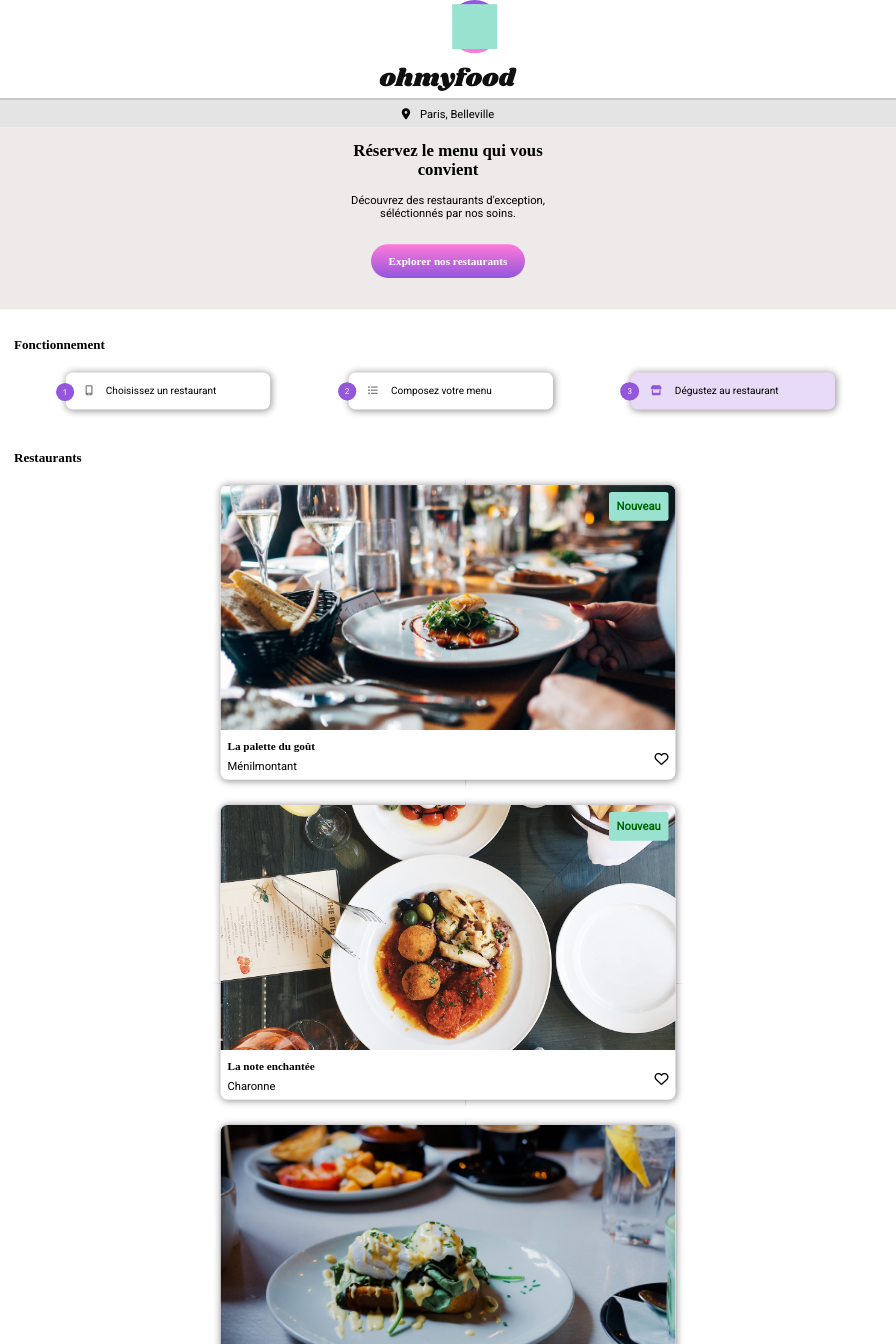
Repository: Micka-17/boimickael_3_16042021
Page: index.html
These files come from the project's save history. The page is drawn as it stood at one moment and after the next save; the edit follows.
The browser window is 1280 px wide. The pictures show the part of the page from y = 0 to 1920 px (the page is 2694 px tall before and 2618 px after), at 70% of full size.
Some web fonts or font styles are not loaded; a fallback is used. Some web libraries are served in a nearby version. The style sheet was rebuilt from its Sass, Less or Tailwind sources for each picture, by a compiler version that may differ from the author's.

Above is the page before, as saved 2021-05-26 10:52:53.

### index.html
<!DOCTYPE html>
<html lang="en">
  <head>
    <meta charset="UTF-8" />
    <meta http-equiv="X-UA-Compatible" content="IE=edge" />
    <meta name="viewport" content="width=device-width, initial-scale=1.0" />
    <link rel="stylesheet" href="css/style.css" />
    <script
      src="https://kit.fontawesome.com/7f2b024bdc.js"
      crossorigin="anonymous"
    ></script>
    <title>OhMyFood</title>
  </head>
  <body>
    <div id="loader">
      <div id="backgroundloader"></div>
    </div>
    <header>
      <div id="logo">
        <img src="images/logo/ohmyfood@2x.svg" alt="OhMyFood" />
      </div>
    </header>
    <section id="sec-1">
      <div id="top">
        <div id="paris">
          <p><i class="fas fa-map-marker-alt icon"></i> Paris, Belleville</p>
        </div>
        <div id="reservation">
          <h2 id="center-top1">Réservez le menu qui vous convient</h2>
          <p id="center-top2">
            Découvrez des restaurants d'exception, séléctionnés par nos soins.
          </p>
          <a id="btn" href="#sec-3">Explorer nos restaurants</a>
        </div>
      </div>
    </section>
    <section id="sec-2">
      <div class="fonctionnement">
        <h3 class="h3s">Fonctionnement</h3>
        <ul class="bolder">
          <li>
            <i class="fas fa-mobile-alt icon-top"></i> Choisissez un restaurant
            <p id="number1">1</p>
          </li>
          <li>
            <i class="fas fa-list-ul icon-top"></i> Composez votre menu
            <p id="number2">2</p>
          </li>
          <li id="li-3">
            <i class="fas fa-store icon-top-purple"></i> Dégustez au restaurant
            <p id="number3">3</p>
          </li>
        </ul>
      </div>
    </section>
    <section id="sec-3">
      <h3 class="h3s">Restaurants</h3>
      <div class="choice">
        <a href="pages/la_palette_du_gout.html">
          <div class="card">
            <p class="nouveau">Nouveau</p>
            <img
              id="new"
              class="imga"
              src="images/restaurants/la_palette_du_gout.jpg"
              alt="la_palette_du_gout"
            />
            <div class="resto">
              <div>
                <h4>La palette du goût</h4>
                <p class="space">Ménilmontant</p>
              </div>
              <div class="loveclcik">
                <i class="far fa-heart love fa-lg"></i>
                <i class="fas fa-heart loves3"></i>
              </div>
            </div>
          </div>
        </a>
        <a href="pages/la_note_enchantee.html">
          <div class="card">
            <p class="nouveau">Nouveau</p>
            <img
              class="imga"
              src="images/restaurants/la_note_enchantee.jpg"
              alt="la_note_enchantee"
            />
            <div class="resto">
              <div>
                <h4>La note enchantée</h4>
                <p class="space">Charonne</p>
              </div>
              <div class="loveclcik">
                <i class="far fa-heart love fa-lg"></i>
                <i class="fas fa-heart loves3"></i>
              </div>
            </div>
          </div>
        </a>
        <a href="pages/a_la_francaise.html">
          <div class="card">
            <img
              class="imga"
              src="images/restaurants/a_la_française.jpg"
              alt="a_la_française"
            />
            <div class="resto">
              <div>
                <h4>A la française</h4>
                <p class="space">Cité Rouge</p>
              </div>
              <div class="loveclcik">
                <i class="far fa-heart love fa-lg"></i>
                <i class="fas fa-heart loves3"></i>
              </div>
            </div>
          </div>
        </a>
        <a href="pages/le_delice_des_sens.html">
          <div class="card">
            <img
              class="imga"
              src="images/restaurants/le_delice_des_sens.jpg"
              alt="le_delice_des_sens"
            />
            <div class="resto">
              <div>
                <h4>Le delice des sens</h4>
                <p class="space">Folie-Méricourt</p>
              </div>
              <div class="loveclcik">
                <i class="far fa-heart love fa-lg"></i>
                <i class="fas fa-heart loves3"></i>
              </div>
            </div>
          </div>
        </a>
      </div>
    </section>
    <section class="end">
      <footer>
        <div>
          <h3 id="logo-white">ohmyfood</h3>
          <div class="end-ul">
            <p>
              <i class="fas fa-utensils icon-footer"></i> Proposer un restaurant
            </p>
            <p>
              <i class="fas fa-hands-helping icon-footer"></i> Devenir
              partenaire
            </p>
            <p>Mentions légales</p>
            <a id="contact" href="mailto:contact@ohmyfood.com"
              ><p>Contact</p></a
            >
          </div>
        </div>
      </footer>
    </section>
  </body>
</html>

### sass/directories/Utils/_variables-mixin.scss
$color1: #9356DC;
$color2: #FF79DA;
$color3: #99E2D0;

@mixin centre {
    display: flex;
    justify-content: space-between;
}

@mixin capsule {
    background-color: whitesmoke;
    border-radius: 10px;
    box-shadow: 1px 1px 10px 1px rgb(226, 226, 226);
    margin: 10px;
    overflow: hidden;
}
 @mixin spacediv {
    min-height: 35px;
    display: flex;
    flex-direction: column;
    justify-content: space-between;
    padding: 8px;
 }
@mixin btn {
    background: linear-gradient($color2, $color1);
    border-radius: 50px;
    border: none;
    box-shadow: gray;
    color: white;
    font-weight: bold;
    max-width: 200px;
    min-width: 200px;
    margin-top: 15px;
    padding: 15px 10px;
    text-align: center;
    text-decoration: none
}

@keyframes fadein {
    from {
        transform: scaleX(0);
    }

    to {
        transform: scaleX(1);
    }
}

@keyframes fadeout {
    from {
        transform: scaleY(0);
    }

    to {
        transform: scaleY(1);
    }
}
@keyframes fadeout2 {
    from {
        transform: scale(0);
    }

    to {
        transform: scale(1.5);
    }
}

@keyframes spin {
    from {
        transform: rotate(0deg);
    } to {
        transform: rotate(360deg);
    }
}

@keyframes slideup {
    from {
        transform: translateY(50px);
        opacity: 0;
    }
    to {
        transform: translateY(0px);
        opacity: 1;
    }
}


 @keyframes dual-ring {
    0% {
      transform: rotate(0deg);
      opacity: 100%;
    }
    50% {
        transform: rotate(180deg);
        opacity: 10%;
      }
    100% {
      transform: rotate(360deg);
      opacity: 100%;
    }
  }

@keyframes loader {
    0% {
    opacity: 100%;
    }
    99% {
        opacity: 100%;
    }
    100% {
        opacity: 100%;
    }
}

@keyframes loader2 {
    0% {
    opacity: 100%;
    z-index: 9999;
    }
    99% {
        opacity: 0;
        z-index: -1000;
    }
    100% {
        opacity: 0;
        z-index: -1000;
    }
}

### sass/directories/Base/main.scss
@import url('https://fonts.googleapis.com/css2?family=Roboto&family=Shrikhand&display=swap');

* {
    margin: 0;
    padding: 0;
    text-decoration: none;
    list-style-type: none;
}
#margtitle {
    font-family: Shrikhand;
    font-weight: 100;
    font-size: 1.2em;
}
p {
    font-family: 'Roboto', sans-serif;
}
a {
    text-decoration: none;
    list-style: none;
    color: rgb(0, 0, 0);
}

Loaded but not shown: sass/style.scss (571 lines, source omitted)

After the next save:
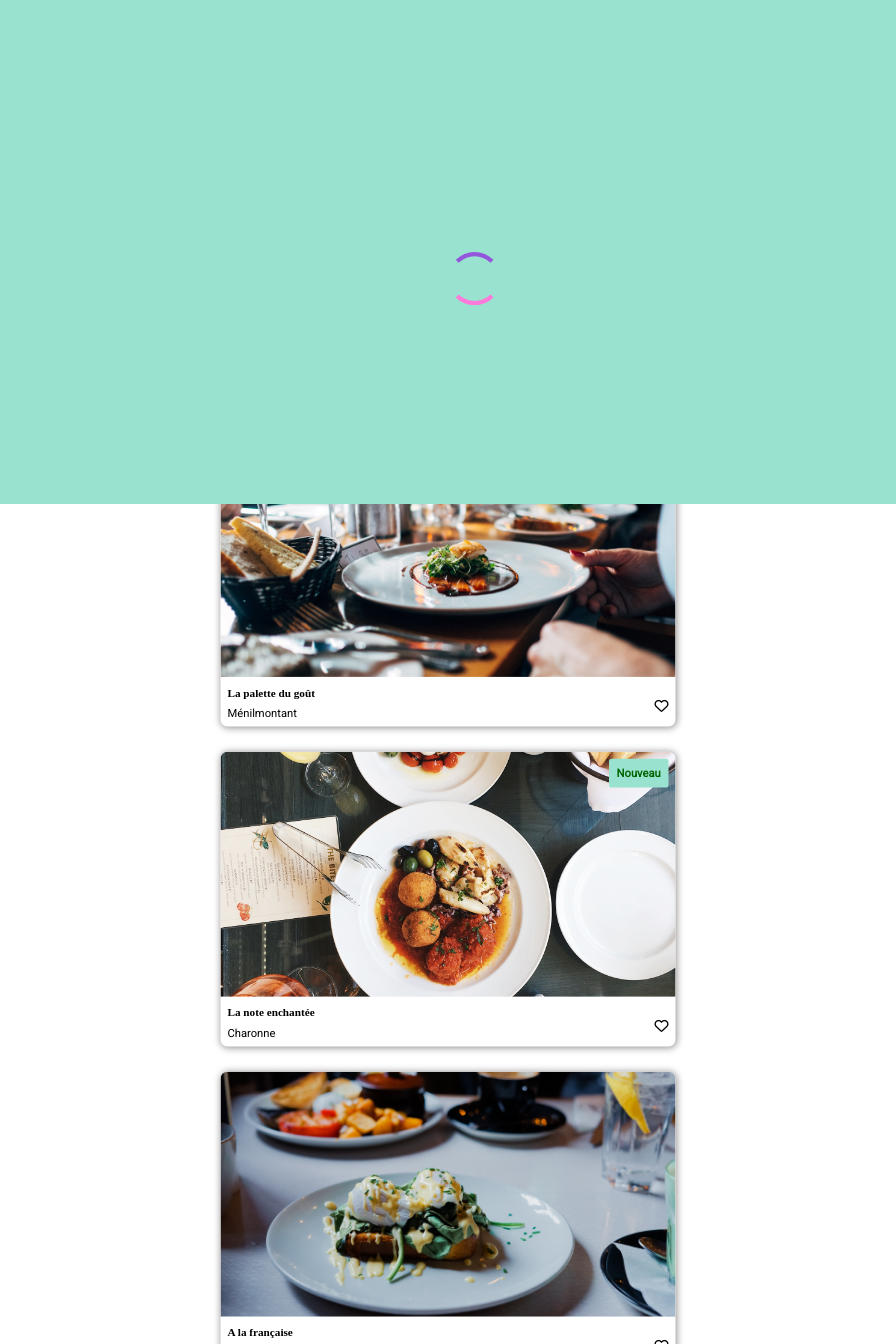
Saved 2 s later.
--- a/index.html
+++ b/index.html
@@ -12,8 +12,8 @@
     <title>OhMyFood</title>
   </head>
   <body>
-    <div id="loader">
-      <div id="backgroundloader"></div>
+    <div id="backgroundloader">
+      <div id="loader"></div>
     </div>
     <header>
       <div id="logo">

After the save that followed:
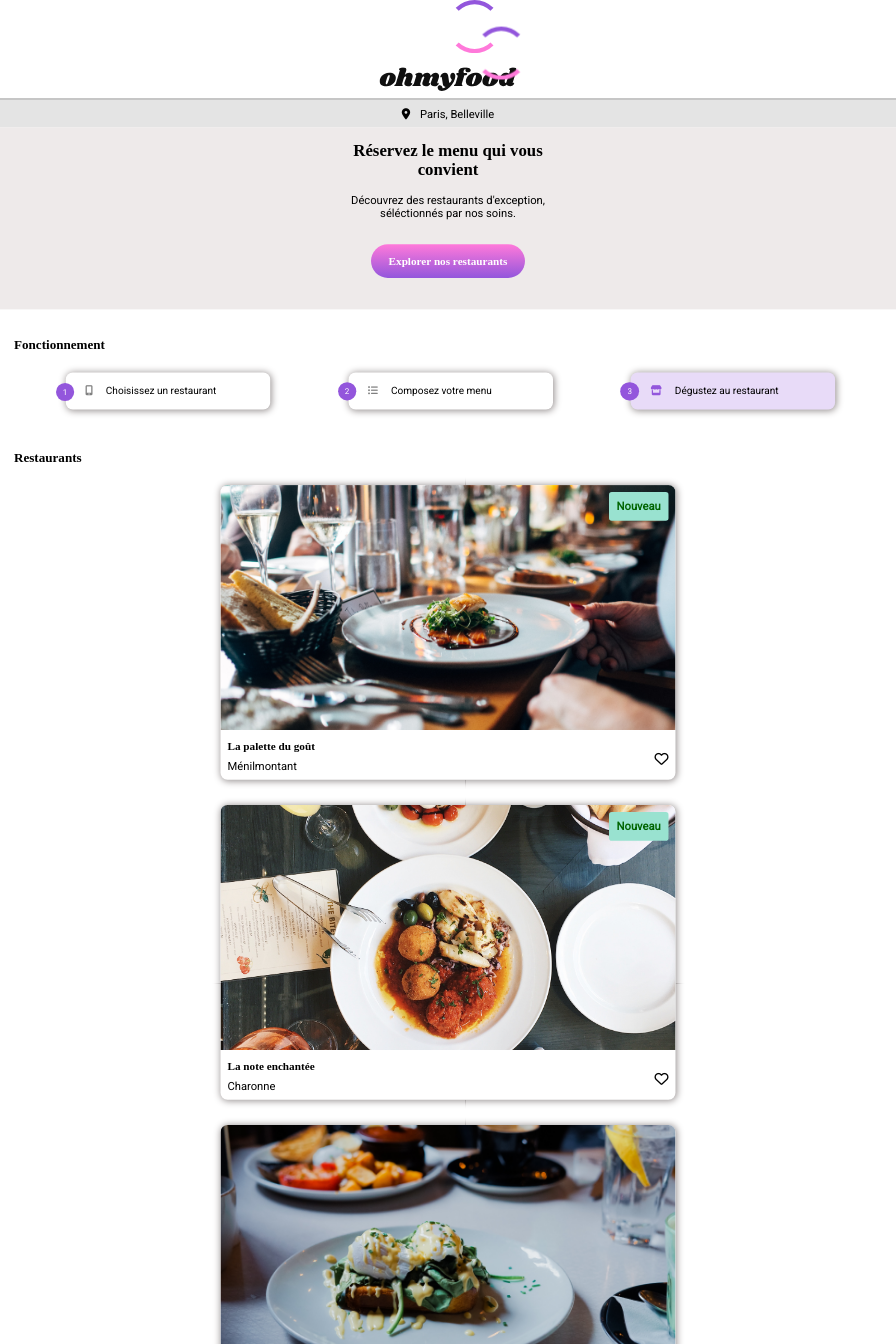
Saved 7 s later.
--- a/index.html
+++ b/index.html
@@ -12,7 +12,7 @@
     <title>OhMyFood</title>
   </head>
   <body>
-    <div id="backgroundloader">
+    <div id="loader">
       <div id="loader"></div>
     </div>
     <header>
